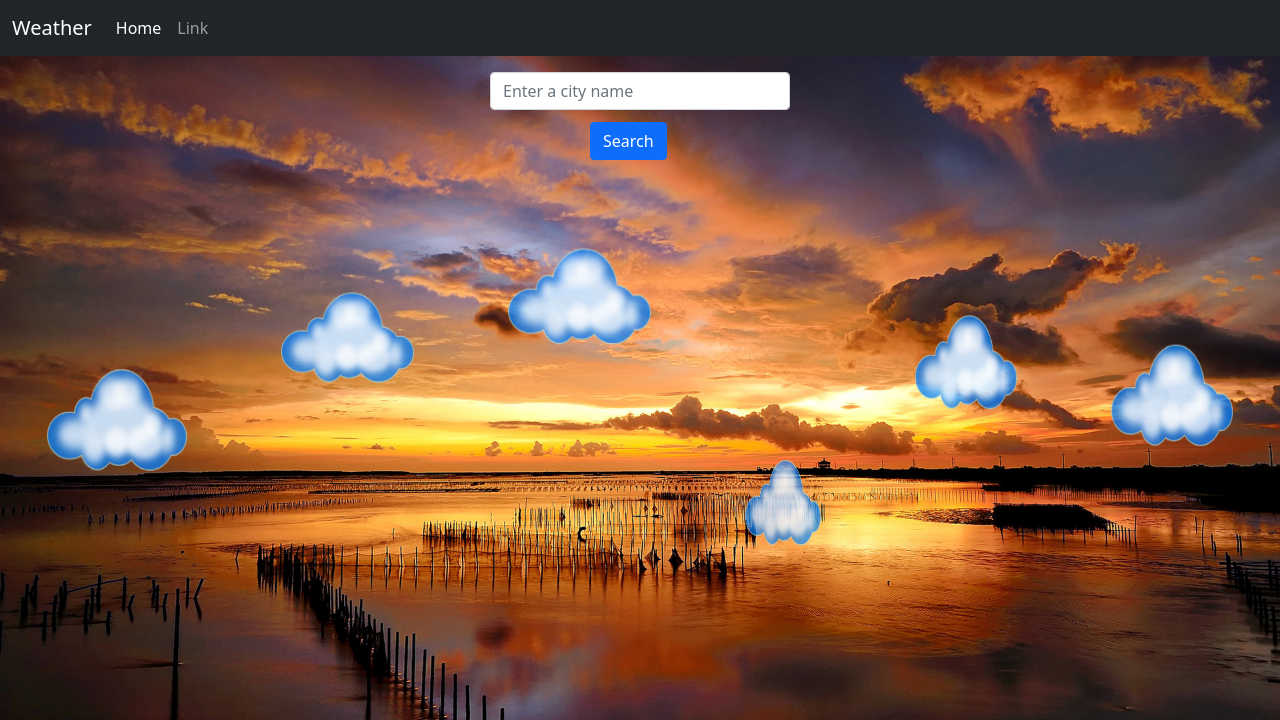
Repository: rohitbharti258/Project_Weather_finder
Page: index.html
The author's editor kept a copy of each file at every save. The page is drawn from the files as they stood at one save, then again after the next save.
The browser window is 1280 px wide. The pictures show the whole page.

Above is the page before, as saved 2022-02-28 13:25:16.

### index.html
<!DOCTYPE html>
<html lang="en">

<head>
    <meta charset="UTF-8">
    <meta http-equiv="X-UA-Compatible" content="IE=edge">
    <meta name="viewport" content="width=device-width, initial-scale=1.0">
    <title>Weather App</title>
    <link rel="stylesheet" href="style.css">
    <link href="https://cdn.jsdelivr.net/npm/bootstrap@5.1.3/dist/css/bootstrap.min.css" rel="stylesheet"
        integrity="sha384-1BmE4kWBq78iYhFldvKuhfTAU6auU8tT94WrHftjDbrCEXSU1oBoqyl2QvZ6jIW3" crossorigin="anonymous">
</head>

<body>
    <nav class="navbar navbar-expand-lg navbar-dark bg-dark">
        <div class="container-fluid">
            <a class="navbar-brand" href="#">Weather</a>
            <button class="navbar-toggler" type="button" data-bs-toggle="collapse"
                data-bs-target="#navbarSupportedContent" aria-controls="navbarSupportedContent" aria-expanded="false"
                aria-label="Toggle navigation">
                <span class="navbar-toggler-icon"></span>
            </button>
            <div class="collapse navbar-collapse" id="navbarSupportedContent">
                <ul class="navbar-nav me-auto mb-2 mb-lg-0">
                    <li class="nav-item">
                        <a class="nav-link active" aria-current="page" href="#">Home</a>
                    </li>
                    <li class="nav-item">
                        <a class="nav-link" href="#">Link</a>
                    </li>
                </ul>
            </div>
        </div>
    </nav>
    <div class="cloud">
        <img class="animae" src="./cloud.png" alt="" srcset="">
        <img class="animae" src="./cloud.png" alt="" srcset="">
        <img class="animae" src="./cloud.png" alt="" srcset="">
        <img class="animae" src="./cloud.png" alt="" srcset="">
        <img class="animae" src="./cloud.png" alt="" srcset="">
        <img class="animae" src="./cloud.png" alt="" srcset="">
    </div>
    <div class="container my-3">
        <div class="form">
        <!-- <form class="row g-3 ">  -->
            <div class="col-auto" style="width: 300px;">
                <input type="text" class="form-control" id="inputPassword2" placeholder="Enter a city name">
            </div>
            <div class="col-auto">
                <button type="submit" class="btn btn-primary mb-3">Search</button>
            </div>
        <!-- </form> -->
        </div>
    <!-- </div> -->
    <div class="weatherBox">

    </div>
    </div>
    <script src="index.js"></script>
    <!-- <script src="https://cdn.jsdelivr.net/npm/@popperjs/core@2.10.2/dist/umd/popper.min.js"
        integrity="sha384-7+zCNj/IqJ95wo16oMtfsKbZ9ccEh31eOz1HGyDuCQ6wgnyJNSYdrPa03rtR1zdB"
        crossorigin="anonymous"></script>
    <script src="https://cdn.jsdelivr.net/npm/bootstrap@5.1.3/dist/js/bootstrap.min.js"
        integrity="sha384-QJHtvGhmr9XOIpI6YVutG+2QOK9T+ZnN4kzFN1RtK3zEFEIsxhlmWl5/YESvpZ13"
        crossorigin="anonymous"></script>
    <script type="module" src="https://unpkg.com/ionicons@5.5.2/dist/ionicons/ionicons.esm.js"></script>
    <script nomodule src="https://unpkg.com/ionicons@5.5.2/dist/ionicons/ionicons.js"></script> -->
</body>

<!-- // <img src="https://img.icons8.com/color/48/000000/wet.png"/>
// <img src="https://img.icons8.com/color/48/000000/partly-cloudy-day--v1.png"/>
// <img src="https://img.icons8.com/color/48/000000/rain--v2.png"/>  -->


</html>

### style.css
body {
    /* background:linear-gradient(180deg,#5959b3 0%,skyBlue 100%); */
    background: url("./img/bgimg.jpg");
    /* background: url("https://cdn.wallpapersafari.com/43/51/iQEfDy.jpg"); */
    background-repeat: no-repeat;
    background-size: cover;
    width: 100vw;
    height: 100vh;
}

.form {
    width: 300px;
    margin: 0 auto;
}
.cloud{
    display: flex;
    justify-content: space-around;
    align-items: center;
    position: absolute;
    bottom:0px;
    min-width:100%;
    transition: all 0.4s;

}

.cloud img{
    width:150px;
    height:100px;
    opacity:0;
    animation: cloud 7s linear infinite;
}
@keyframes cloud {
    0%{
        transform: translateY(0);
        opacity:0;
    }
    10%,20%{
        opacity:0.3;
    }
    30%,50%{

        opacity:1;
    }
    70%{

        opacity:1;
    }
    100%{
        transform: translateY(-80vh);
        opacity:1;
    }
}
.cloud img:nth-child(1){
    animation-delay: 2s;
}
.cloud img:nth-child(2){
    animation-delay: 1s;
}
.cloud img:nth-child(3){
    animation-delay: 0.5s;
}
.cloud img:nth-child(4){
    animation-delay: 3s;
}
.cloud img:nth-child(5){
    animation-delay: 1.3s;
}
.cloud img:nth-child(6){
    animation-delay: 1.7s;
}
.weatherBox {
    margin-left: 120px;
    width: 235px;
    height: 300px;
    margin: 0 auto;
    z-index: 1000;
}

.Box {
    display: flex;
    flex-direction: column;
    width: 100%;
    box-shadow: 0px 20px 20px rgba(255, 255, 255, 0.3);
    height: 100%;
    /* border:2px solid; */
    /* border-color: linear-gradient(red,blue); */
    border-radius: 10px;
}

.temp {
    margin-bottom: 15px;
    display: flex;
    justify-content: space-around;
    flex-direction: column;
    float: right;
    font-size: 13px;
    position: absolute;
    right: 40px;
    font-family: -apple-system, BlinkMacSystemFont, 'Segoe UI', Roboto, Oxygen, Ubuntu, Cantarell, 'Open Sans', 'Helvetica Neue', sans-serif;
}

.tempNow {
    text-align: center;
}

.minmax {
    display: flex;
    justify-content: center;
    /* display: none; */
}

.minmax :first-child {
    margin-right: 5px;
}

.cardBox {
    /* border: 2px solid red; */
    width: 100%;
    height: 100%;
    position: relative;
    display: flex;
    justify-content: center;
    align-items: center;
    z-index: 10;
    background: linear-gradient( 135deg, #2196f3, #00bcd4);
    /* border-radius: 20px; */
    /* border-bottom: 2px solid red; */
}

.content {
    width: 100%;
    height: 170px;
    /* border: 1px solid green; */
    /* border: 1px solid #009688; */
    /* border-radius: 20px; */
    border-top: none;
    padding: 30px;
    position: relative;
    backdrop-filter: blur(10px);
    background: linear-gradient( 45deg, black, transparent);
}


/* .content::before{
    content: "";
    position: absolute;
    top: -15px;
    width: 16px;
    left: -1px;
    z-index: 1;
    background: linear-gradient(45deg,black,transparent);
        backdrop-filter:blur(10px);
    height: 16px; */


/* } */


/* .content::after{
    content: "";
    position: absolute;
    top: -12px;
    width: 1px;
    right: -1px; background:#009688;
    height: 10px;
} */

.location {
    display: flex;
    justify-content: space-between;
}

.weather {
    display: flex;
    justify-content: space-between;
}

img {
    width: 22px;
    height: 22px;
}

span p {
    text-align: center;
}

.cardinfo {
    width: 350px;
    display: flex;
}

.date {
    position: absolute;
    top: 0;
    right: 10px;
}

.name {
    position: absolute;
    top: 0;
    left: 10px;
}

.cloudinfo img {
    width: 68px;
    height: 68px;
}

.cloudinfo p {
    font-size: 13px;
    color: rgb(15, 7, 7);
    text-align: center;
}

.content span {
    text-align: center;
}

span p {
    font-size: 10px;
    color: white;
    text-align: center;
    display: flex;
    flex-direction: column;
    align-items: center;
    margin: 0;
}

.form :nth-child(2) {
    margin: 12px auto;
    width: 100px;
}

### index.js
console.log("Weather app")
const btn = document.querySelector(".btn");
const input = document.querySelector(".form-control");
const api = "51d41d6f1c399b2abc7a3fcbfbb057c7";
const weatherBox = document.querySelector(".weatherBox")
let city = "";
const arr = ["Jan", "Feb", "Mar", "Apr", "May", "Jun", "Jul", "Aug", "Sep", "Oct", "Nov", "Dec"];
btn.addEventListener("click", (e) => {
    console.log(e);
    e.preventDefault();
    let str2 = ""
    city = input.value;
    console.log(city)
    input.value = ""
    const xhr = new XMLHttpRequest();
    xhr.open("GET", `https://api.openweathermap.org/data/2.5/weather?q=${city}&appid=${api}`, true);

    xhr.onload = function () {
        let obj = JSON.parse(this.responseText);
        console.log(obj.cod)
        if (obj.cod === 429) {
            str2 += obj.message;
            weatherBox.innerHTML = str2;
        } else
            if (this.status == 200) {

                let ob = [];
                // console.log(ob.push(...obj))/
                let cardbox = document.querySelector(".cardBox");
                let content = document.querySelector(".content")
                str = "";
                str2 = "";
                let sunrise = displayEndtime(obj.sys.sunrise);
                let sunset = displayEndtime(obj.sys.sunset);
                let date = displayDay();
                let c = `&#8451`;
                if (obj.cod == "404") {

                } else {
                    str += `
            <div class="Box">
                <div class="cardBox">
                    <div class="cloudinfo">
                      <img src=${"./img/"}${obj.weather[0].main}${".png"}>
                      <p>${obj.weather[0].main}${" | "}${"Feels like "}${(obj.main.feels_like - 273).toFixed(0)}${c}</p>
                    </div>
                    <div class="name">
                       <span>${obj.name}${" ,"}${obj.sys.country}</span>
                    </div>
                    <div class="date">
                       <p>${date}</p>
                    </div>
                    <div class="temp">
                        <span class="tempNow">${(obj.main.temp - 273.15).toFixed(0)}${c}</span>
                        <div class="minmax">
                           <span class="mintemp">${(obj.main.temp_min - 273.15).toFixed(0)}${c}</span>
                           <span class="maxtemp">${(obj.main.temp_max - 273.15).toFixed(0)}${c}</span>
                        </div>
                    </div>
                </div>
                <div class="content">
                    <div class="weather">
                        <span class="humidity"><img src="./img/blur.png"/>
                           <p>${obj.main.humidity}${"%"}</p>
                           <p>Humidity</p>
                        </span>
                        <span class="wind"><img src="./img/wind.png"/>
                           <p>${obj.wind.speed}${"m/s"}</p>
                           <p>Wind</p>
                        </span>
                        <span class="sunrise"> <img src="./img/sunrise.png"/>
                           <p>${sunrise}</p>
                           <p>Sunrise</p>
                        </span>
                    </div>
                    <div class="location">
                        <span class="lat">  <img src="./img/latitude.png"/>
                          <p>${obj.coord.lat.toFixed(2)}</p>
                          <p>Latitude</p>
                        </span>
                        <span class="lon"> <img src="./img/longitude.png"/>
                          <p>${obj.coord.lon.toFixed(2)}</p><p>Longitude</p></span>
                        <span class="sunrise"><img src="./img/sunset.png"/>
                          <p>${sunset}</p>
                          <p>Sunset</p>
                        </span>
                    </div>
                </div>
            </div>`;
                    weatherBox.innerHTML = str;
                    // console.log(str);
                }
            } else {
                console.log("error");
                str2 += "City not found";
                weatherBox.innerHTML = str2;
            }
    }
    xhr.send();
});

function displayEndtime(tstamp) {
    const end = new Date(tstamp);

    const hour = end.getHours();
    const min = end.getMinutes();
    const dis = `${hour > 12 ? hour - 12 : hour}:${min < 10 ? "0" : ""}${min}`;
    return dis;
}

function displayDay() {
    const end = new Date();

    const date = end.getDate();
    const mon = end.getMonth();
    const dis = `${arr[mon]}${","}${date}`;
    return dis;
}

const animae = document.querySelectorAll(".animae");
function randomsize(min,max){
    min=Math.ceil(40);
    max  =Math.ceil(150);
    return Math.floor(Math.random() * (max-min)) + min;

}
// function size() {
    for (let index = 0; index < animae.length; index++) {
        console.log("size")
        animae[index].style.width = randomsize() + 'px';
        animae[index].style.height = randomsize() + 'px';
    }
// }

// window.addEventListener("load", size);

After the next save:
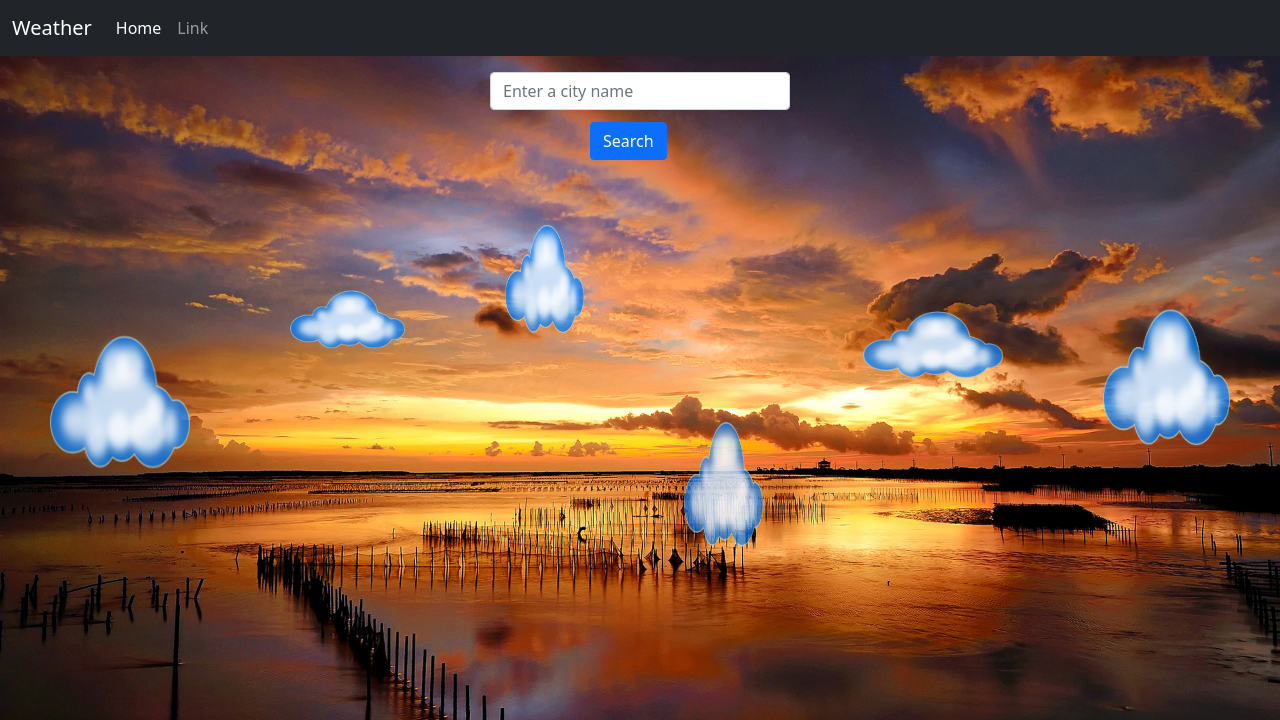
Saved 12 s later.
--- a/index.js
+++ b/index.js
@@ -124,12 +124,12 @@ function randomsize(min,max){
     return Math.floor(Math.random() * (max-min)) + min;
 
 }
-// function size() {
+function size() {
     for (let index = 0; index < animae.length; index++) {
         console.log("size")
         animae[index].style.width = randomsize() + 'px';
         animae[index].style.height = randomsize() + 'px';
     }
-// }
+}
 
-// window.addEventListener("load", size);
+window.addEventListener("load", size);
